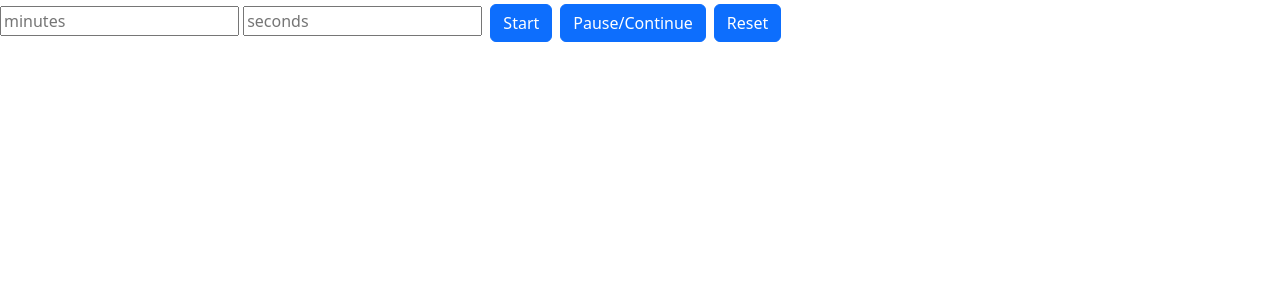
Repository: maheshdama13/reactjs-count-down
Page: /
These files come from the project's save history. The page is drawn as it stood at one moment and after the next save; the edit follows.
The browser window is 1280 px wide. The pictures show the whole page.
The project was rebuilt for these pictures with package versions that can differ from the ones it lists, and the page was loaded fresh each time. Also part of the build but not shown: src/App.css.

Above is the page before, as saved 2022-07-01 01:32:15.

After the next save:
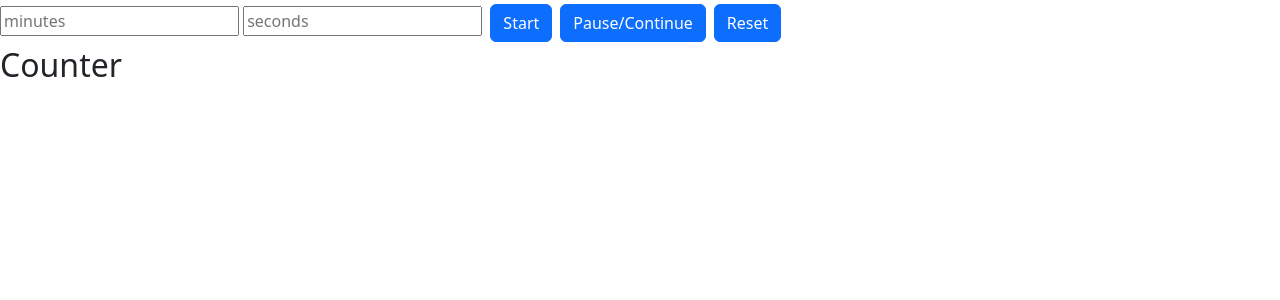
Saved 25 s later.
--- a/src/components/CountDown.js
+++ b/src/components/CountDown.js
@@ -8,6 +8,7 @@
       <button className='btn btn-primary m-1'>Start</button>
       <button className='btn btn-primary m-1'>Pause/Continue</button>
       <button className='btn btn-primary m-1'>Reset</button>
+      <h2>Counter</h2>
     </div>
   )
 }
